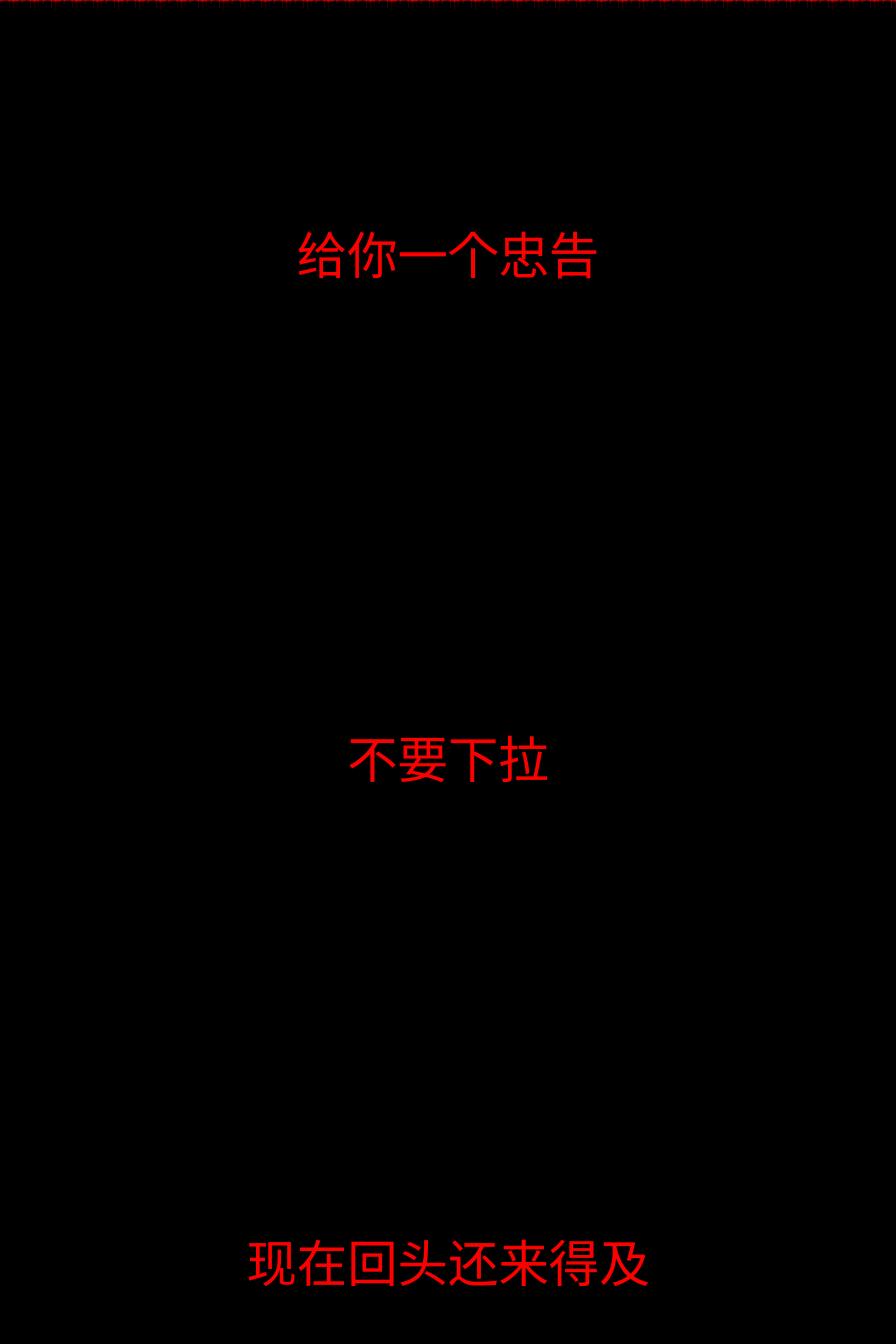
Repository: PUYIXIU/CSSMagic
Page: Animation/ScrollDrivenAnimation/index.html
These files come from the project's save history. The page is drawn as it stood at one moment and after the next save; the edit follows.
The browser window is 1280 px wide. The pictures show the part of the page from y = 0 to 1920 px (the page is 12960 px tall), at 70% of full size.
Some web fonts or font styles are not loaded; a fallback is used.

Above is the page before, as saved 2024-09-03 11:26:46.

### Animation/ScrollDrivenAnimation/index.html
<!DOCTYPE html>
<html lang="en">
<head>
    <meta charset="UTF-8">
    <meta name="viewport" content="width=device-width, initial-scale=1.0">
    <title>Document</title>
    <link rel="stylesheet" href="../../assets/styles/reset.css">
    <link rel="stylesheet" href="../../assets/styles/font.css">
    <style>
        body{
            position:relative;
            background-color: #000;
        }
        body::-webkit-scrollbar{
            /* width:0px; */
        }

        @keyframes progress-grow{
            0%{
                width:0%;
            }
            100%{
                width:100%;
            }
        }
        .progress-bar{
            height:2vmin;
            width:100%;
            /* background-color: rgb(164, 23, 23); */
            background-image:url(../../assets/img/blood.png);
            background-size:contain;
            position:fixed;
            top:0;
            left:0;
            /* animation:progress-grow forwards linear;
            animation-timeline: scroll(root); */
        }
        .kanban{
            height:100vh;
            width:100%;
            display: grid;
            place-items: center;
            font-size:10vmin;
            font-family:Xiang Cui;
            color:red;
        }
        @keyframes killer-show{
            0%{
                filter:hue-rotate(0deg);
                clip-path: inset(20% 45% 20% 45%);
            }
            100%{
                filter:hue-rotate(360deg);
                clip-path: inset(0% 0% 0% 0%);

            }
        }
        .kanban-img{
            width:100%;
            /* height:100vh; */
            height:60vh;
            object-fit: contain;
            animation: killer-show ease-in forwards;
            animation-timeline: view(0% 0%);
        }
        @keyframes word-color{
            0%{
                filter:hue-rotate(0deg);
            }
            100%{
                filter:hue-rotate(360deg);
            }
        }
        @keyframes word-shake{
            0%{
                transform: translate(-1px, -1px);
            }
            100%{
                transform: translate(1px, 1px);
            }
        }
        .kanban-word{
            transform: translateY(-100%);
            /* animation: word-color 1s linear infinite;    */
        }
        .kanban-word span{
            display: inline-block;
            animation: word-shake 0.1s linear infinite;
        }
        .kanban-word span:nth-child(1){animation-delay: 0.1s;}
        .kanban-word span:nth-child(2){animation-delay: 0.2s;}
        .kanban-word span:nth-child(3){animation-delay: 0.6s;}
        .kanban-word span:nth-child(4){animation-delay: 0.4s;}
        .kanban-word span:nth-child(5){animation-delay: 0.2s;}
    </style>
</head>
<body>
    <div class="progress-bar"></div>
    <div class="kanban">给你一个忠告</div>
    <div class="kanban">不要下拉</div>
    <div class="kanban">现在回头还来得及</div>
    <div class="kanban">不要下拉</div>
    <div class="kanban">你会为此付出代价的</div>
    <div class="kanban">不要下拉</div>
    <div class="kanban">快回去</div>
    <div class="kanban">快回去快回去快回去</div>
    <div class="kanban">快回去快回去快回去<br/>快回去快回去快回去</div>
    <div class="kanban">快回去快回去快回去<br/>快回去快回去快回去<br/>快回去快回去快回去<br/>快回去快回去快回去</div>
    <div class="kanban">。。。</div>
    <div class="kanban">。。。。。。</div>
    <div class="kanban">为什么不听劝呢</div>
    <div class="kanban">已经迟了</div>
    <div class="kanban">现在</div>
    <div class="kanban">我只能告诉你</div>
    <div class="kanban">千万别回头</div>
    <div class="kanban">
        <img class="kanban-img" src="../../assets/img/土耳其杀手哥.png" alt="">
        <div class="kanban-word">
            <span>你</span>
            <span>已</span>
            <span>经</span></span>
            <span>死</span></span>
            <span>了</span></span>
        </div>
    </div>
</body>
</html>

### assets/styles/reset.css
*{
    padding:0;
    margin:0;
}
a{
    text-decoration: none;
}

### assets/styles/font.css
@font-face{
    font-family: 'Xiang Cui';
    font-style: light;
    font-display: swap;
    src:url(../fonts/香萃打字机体\ W15.ttf);
}
@font-face{
    font-family: 'Xiang Cui';
    font-style: normal;
    font-display: swap;
    src:url(../fonts/香萃打字机体\ W35.ttf);
}
@font-face{
    font-family: 'Xiang Cui';
    font-style: bold;
    font-display: swap;
    src:url(../fonts/香萃打字机体\ W40.ttf);
}

After the next save:
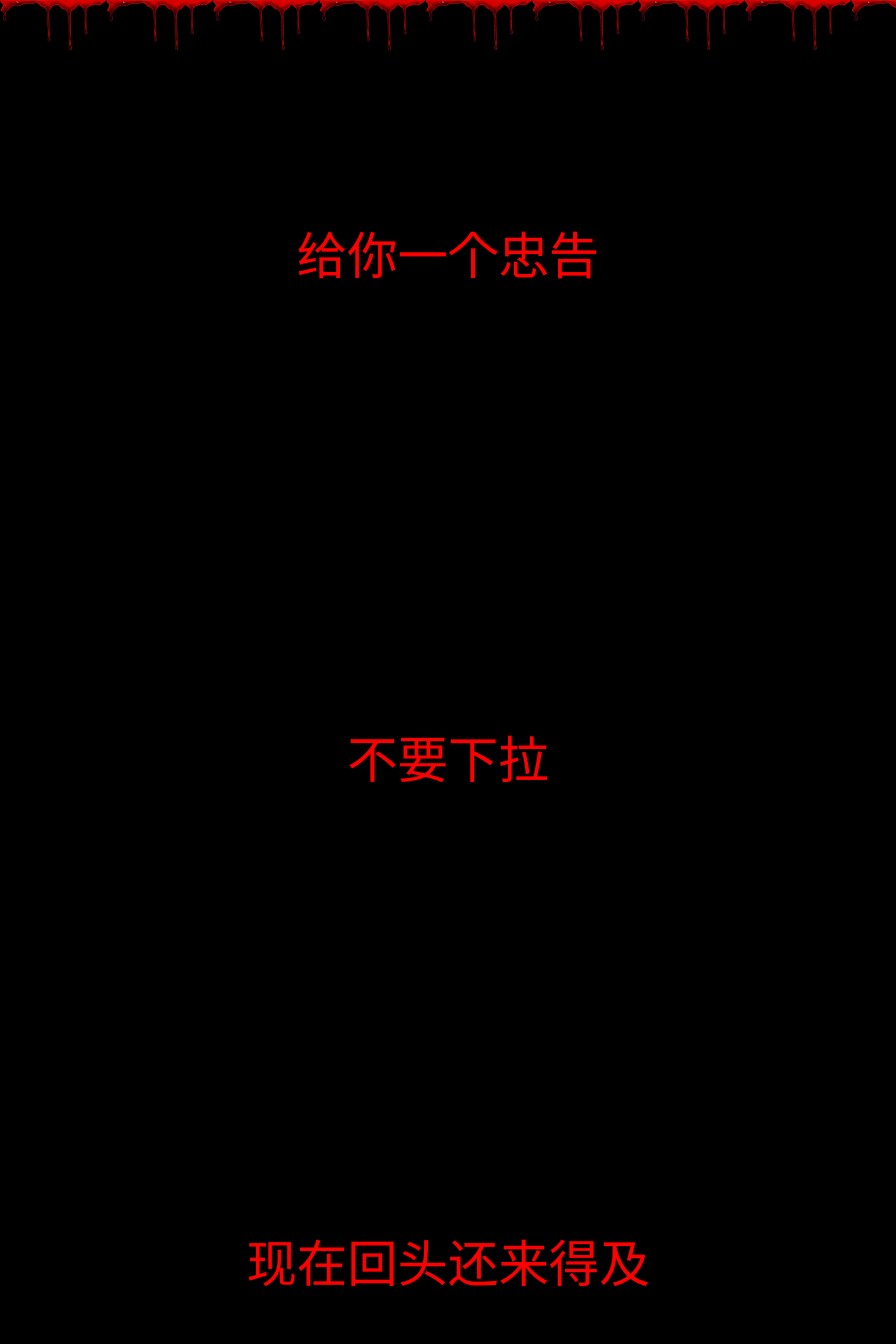
Saved 7 s later.
--- a/Animation/ScrollDrivenAnimation/index.html
+++ b/Animation/ScrollDrivenAnimation/index.html
@@ -24,7 +24,7 @@
             }
         }
         .progress-bar{
-            height:2vmin;
+            height:10vmin;
             width:100%;
             /* background-color: rgb(164, 23, 23); */
             background-image:url(../../assets/img/blood.png);
